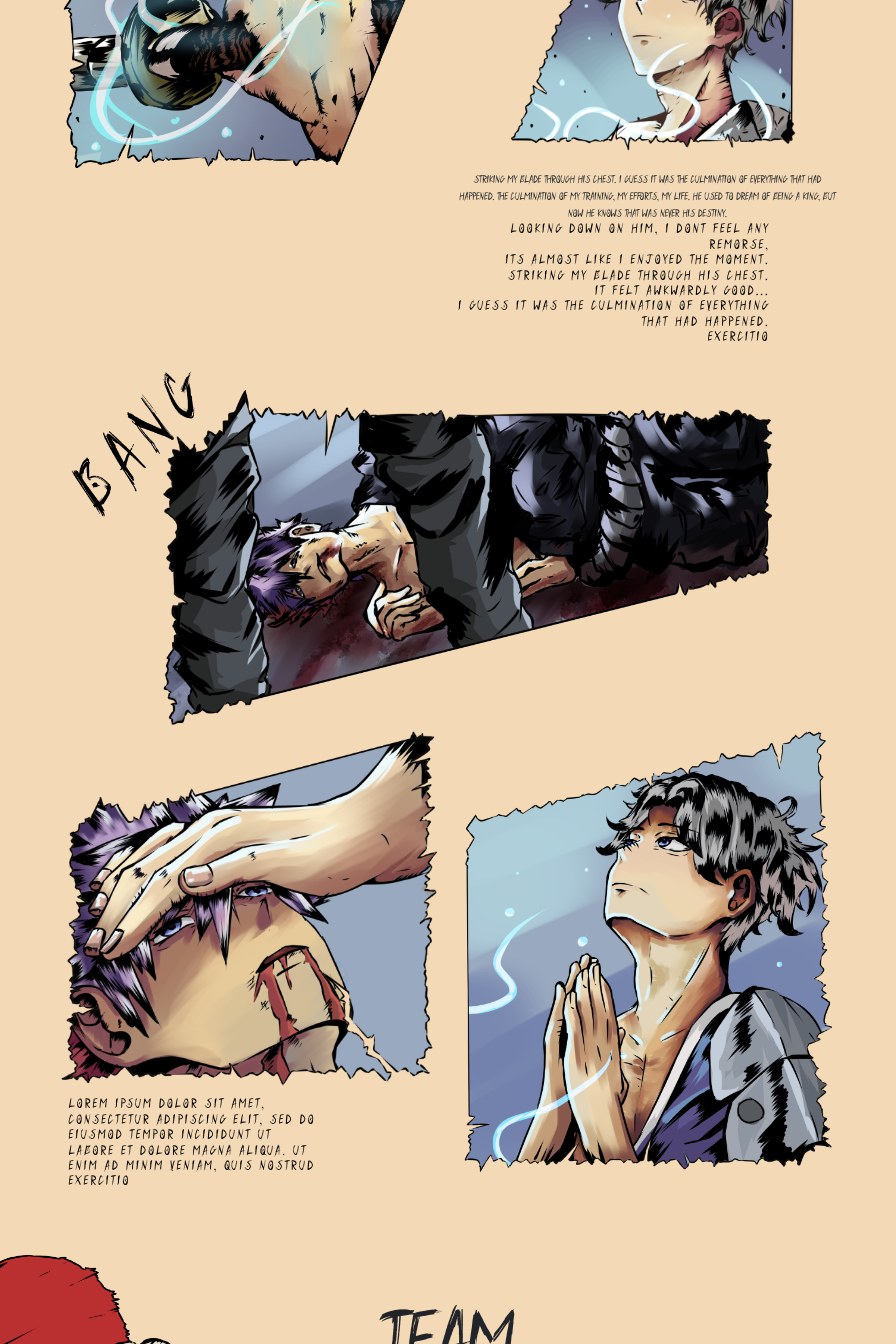
Repository: abzStudio/Kabuto-Web-notCompeleted
Page: index.html
These files come from the project's save history. The page is drawn as it stood at one moment and after the next save; the edit follows.
The browser window is 1280 px wide. The pictures show the part of the page from y = 1285 to 3205 px (the page is 4725 px tall before and 4701 px after), at 70% of full size.
Some web libraries are served in a nearby version.

Above is the page before, as saved 2023-03-16 03:02:16.

### index.html
<!doctype html>
<html lang="en">
  <head>
    <meta charset="utf-8">
    <meta name="viewport" content="width=device-width, initial-scale=1">
    <title>kabuto</title>
    <link rel="icon" type="image/x-icon" href="asset/images/favicon.ico">
    <link rel="stylesheet" href="asset/style.css">
    <link href="https://cdn.jsdelivr.net/npm/bootstrap@5.2.3/dist/css/bootstrap.min.css" rel="stylesheet" integrity="sha384-rbsA2VBKQhggwzxH7pPCaAqO46MgnOM80zW1RWuH61DGLwZJEdK2Kadq2F9CUG65" crossorigin="anonymous">
  <meta http-equiv="Content-Security-Policy" content="block-all-mixed-content">
  </head>

  <body><script src="https://code.jquery.com/jquery-1.10.1.min.js"></script>

    <script src="https://cdn.jsdelivr.net/npm/bootstrap@5.2.3/dist/js/bootstrap.bundle.min.js" integrity="sha384-kenU1KFdBIe4zVF0s0G1M5b4hcpxyD9F7jL+jjXkk+Q2h455rYXK/7HAuoJl+0I4" crossorigin="anonymous"></script>
<!-- New Nav Bar -->
<button class="toggle-overlay menu-btn"></button>
<aside>
    <div class="outer-close toggle-overlay">
      <a class="close"><span></span></a>
    </div>

    <nav>
        <div id="pot">  <img src="asset/images/heroimage.png" class="menu_img fade-lefts" alt="cloud"></div>
        <div class="social_icons">
            <ul class="icons_ul">
               <li><a href= ""><img href= "" src="asset/images/icons/discord.png" class="iconset" alt="icon"></a></li>
              <li><a href= "https://twitter.com/KabutoNFT"><img src="asset/images/icons/twitter.png" class="iconset" alt="icon"></a></li>
          <!--
                <li><img href= "" src="asset/images/icons/opensea.png" class="iconset" alt="icon"></li>
                <li><img href= "" src="asset/images/icons/blur.png" class="iconset" alt="icon"></li>
                <li><img href= "" src="asset/images/icons/discord.png" class="iconset" alt="icon"></li>
                <li><img href= "" src="asset/images/icons/looks.png" class="iconset" alt="icon"></li>
                <li><img href= "" src="asset/images/icons/first.png" class="iconset" alt="icon"></li>
                <li><img href= "" src="asset/images/icons/twitter.png" class="iconset" alt="icon"></li>
                <li><img href= "" src="asset/images/icons/web.png" class="iconset" alt="icon"></li>
                <li><img href= "" src="asset/images/icons/x2y2.png" class="iconset" alt="icon"></li>
                <li><img href= "" src="asset/images/icons/etherscan.png" class="iconset" alt="icon"></li>   -->
            </ul>
        </div>
        <ul class="pointshead">
            <li><a class="js-anchor-link down" href="#story_section">- Story</a></li>
            <li><a class="js-anchor-link down" href="#team_section">- Team</a></li>
            <li><a class="js-anchor-link down" href="#">- Mint</a></li>
            <li><a class="js-anchor-link down" href="#footer_section">- Useful Links</a></li>
      </ul>
    </nav>
  </aside>
<!-- end -->

    <section class="hero-section sec_ani">
    <div class="container-fluid reveal">
        <div class="row">
            <div class="col-md-12 hero_col">
                <!-- <button type="button" class="btn btn-infos btn_custom">Utility</button> -->
            </div>
        </div>
    </div>
</section>
<section id="story_section" class="section_story text-center sec_ani">
    <div class="container-fluid">
        <div class="row reveal fade-top">
            <div class="col-md-4 iamge_ad">
                <img src="asset/images/cloud.png" class="cloud_c" alt="cloud">
            </div>
            <div class="col-md-4 story_col end_col">
                <h1 class="">Story</h1>
            </div>
            <div class="col-md-4 iamge_ad">
                <img src="asset/images/tree.png" class="tree_c" alt="trees">
            </div>
            </div>
            </div>
            <div class="container container_stry">
            <div class="row row_story_end reveal fade-bottom adj_row ">
            <div class="col-md-6 story_img">
                <img src="asset/images/story_1.png" alt="Story one">
            </div>
            <div class="col-md-6 story_img">
                <img src="asset/images/story_2.png" class="story_two" alt="Story two">
              <div class="div_text">
                Striking my blade through his chest.  I guess it was the culmination of everything that had happened. The culmination of my training, my efforts, my life.  He used to dream of being a king, but now he knows that was never his destiny.
                <p class="text_p"> Looking down on him, I dont feel any remorse, <br/>  its almost like I enjoyed the moment. <br/>
                  Striking my blade through his chest. <br/> It felt awkwardly good...<br/>
                I guess it was the culmination of everything that had happened. <br/>exercitio</p>
</div>
            </div>
        </div>
        <div class="row reveal fade-left" >
            <div class="col-md-12 story_img">
                <img src="asset/images/story_3.png" class="story_three" alt="Story three">
            </div>
            </div>
            <div class="row row_story_end reveal fade-right last_set">
                <div class="col-md-6 story_img">
                    <img src="asset/images/story_4.png" class="image_star" alt="Story four">
                    <div class="div_texts">
                        <p class="text_p">Lorem ipsum dolor sit amet, <br/> consectetur adipiscing elit, sed do <br/> eiusmod tempor incididunt ut <br/> labore et dolore magna aliqua. Ut<br/>
                             enim ad minim veniam, quis nostrud <br/>exercitio</p>
        </div>
                </div>
                <div class="col-md-6 story_img">
                    <img src="asset/images/story_5.png" alt="Story five">

                </div>
            </div>
    </div>
</section>
<section id="team_section" class="section_story text-center sec_ani">
    <div class="container-fluid reveal fade-bottom">
        <div class="row reveal fade-top">
            <div class="col-md-4 iamge_ad">
                <img src="asset/images/suncloud.png" class="cloud_c" alt="cloud">
            </div>
            <div class="col-md-4 story_col teamhead end_col">
                <h1 class="">Team</h1>
            </div>
            <div class="col-md-4 iamge_ad">
            </div>
            </div>
            <div class="row reveal fade-left">
              <div class="contan_images">
                <div class="box">
                  <div class="imgBx">
                    <img src="asset/images/Bileth.png">
                  </div>
                  <div class="content">
                    <div class="contentset">
                      <a href="https://twitter.com/bilethh" target="_blank" rel="noopener noreferrer">          <h2>Bileth</h2> </a>
                      <p>Founder</p>
                    </div>
                  </div>
                </div>
                <div class="box">
                  <div class="imgBx">
                    <img src="asset/images/Budguy.png">
                  </div>
                  <div class="content">
                    <div class="contentset">
                      <a href="https://twitter.com/TRomail" target="_blank" rel="noopener noreferrer">        <h2>Budguy</h2> </a>
                      <p>Co-Founder</p>
                    </div>
                  </div>
                </div>
                <div class="box">
               <div class="imgBx">
                 <img src="asset/images/smshayan.png">
                  </div>
                  <div class="content">
                    <div class="contentset">
                      <a href="https://twitter.com/smshayan_eth" target="_blank" rel="noopener noreferrer">   <h2>Smshayan</h2>  </a>
                      <p>Developer</p>
                    </p>
                    </div>
                  </div>
                </div>

              </div>
                </div>

            </div>



        </section>

      <section id="footer_section" class="section_story text-center sec_ani">
          <div class="container-fluid footer_head">
            <div class="row reveal">
              <div class="col-md-12 iamge_ad">
                  <img src="asset/images/cloudredbg.png" class="cloud_c" alt="cloud">
              </div>
            </div>
        </div>
        <div class="container-fluid footer_head section_footer">
              <div class="row">
                <div class="col-sm-12 col-md-12 col-lg-12">
                  <ul>
                    <li><a class="js-anchor-link" href="#story_section">- Story</a></li>
                    <li><a class="js-anchor-link" href="#team_section">- Team</a></li>
                    <li><a class="js-anchor-link" href="#">- Mint</a></li>
                    <li><a class="js-anchor-link" href="#">- Useful Links</a></li>
              </ul>
                </div>
              </div>
              <div class="row rowicon">
                <div class="col-sm-12 col-md-12 col-lg-12 fend">
                  <div class="social_icons iconmob">
                    <ul class="icons_ul">
                      <li><a href=""><img href= "" src="asset/images/icons/discord.png" class="iconset" alt="icon">
                     </a></li>
                      <li><a href="https://twitter.com/KabutoNFT"><img src="asset/images/icons/twitter.png" class="iconset" alt="icon">
                      </a></li>

                      <!--  <li><img href= "" src="asset/images/icons/opensea.png" class="iconset" alt="icon"></li>
                        <li><img href= "" src="asset/images/icons/blur.png" class="iconset" alt="icon"></li>
                        <li><img href= "" src="asset/images/icons/discord.png" class="iconset" alt="icon"></li>
                        <li><img href= "" src="asset/images/icons/looks.png" class="iconset" alt="icon"></li>
                        <li><img href= "" src="asset/images/icons/first.png" class="iconset" alt="icon"></li>
                        <li><img href= "" src="asset/images/icons/web.png" class="iconset" alt="icon"></li>
                        <li><img href= "" src="asset/images/icons/x2y2.png" class="iconset" alt="icon"></li>
                        <li><img href= "" src="asset/images/icons/etherscan.png" class="iconset" alt="icon"></li> -->
                    </ul>
                </div>

                </div>
              </div>

        </div>
      </section>
</body>

<div class="loader"> <h1>Loading...</h1></div>


<script>
 jQuery($ => {
  $(window).on('load', () => {
    setTimeout(() => {
      $('.loader').fadeOut('fast', function() {
        $(this).remove();
      });
    }, 3000);
  });
});
    function reveal() {
  var reveals = document.querySelectorAll(".reveal");

  for (var i = 0; i < reveals.length; i++) {
    var windowHeight = window.innerHeight;
    var elementTop = reveals[i].getBoundingClientRect().top;
    var elementVisible = 150;

    if (elementTop < windowHeight - elementVisible) {
      reveals[i].classList.add("active");
    } else {
      reveals[i].classList.remove("active");
    }
  }
}

window.addEventListener("scroll", reveal);
$('aside ul li a').on('click', function(){
    $("aside").hide();
    $("aside").removeClass("open");
     $("aside").addClass("open");

});
// $('.js-anchor-link').click(function(e){
//   e.preventDefault();

//   var target = $($(this).attr('href'));
//   if(target.length){
//     var scrollTo = target.offset().top;
//     $('body, html').animate({scrollTop: scrollTo+'px'}, 1000);
//   }
// });
$('.js-anchor-link').click(function(){
  var target = $($(this).attr('href'));
 if(target.length){
  var scrollTo = target.offset().top;
    $("html, body").animate({ scrollTop: scrollTo+'px' }, 3000);
    return false;
  }

});
window.addEventListener("scroll", reveal);
$(function() {
    $('.toggle-overlay').click(function() {
      $('aside').toggleClass('open');
    });
    $('aside nav li a').click(function() {
      $('aside').toggleClass('open');
    });
  });

</script>
</html>

Loaded but not shown: asset/style.css (803 lines, source omitted)

After the next save:
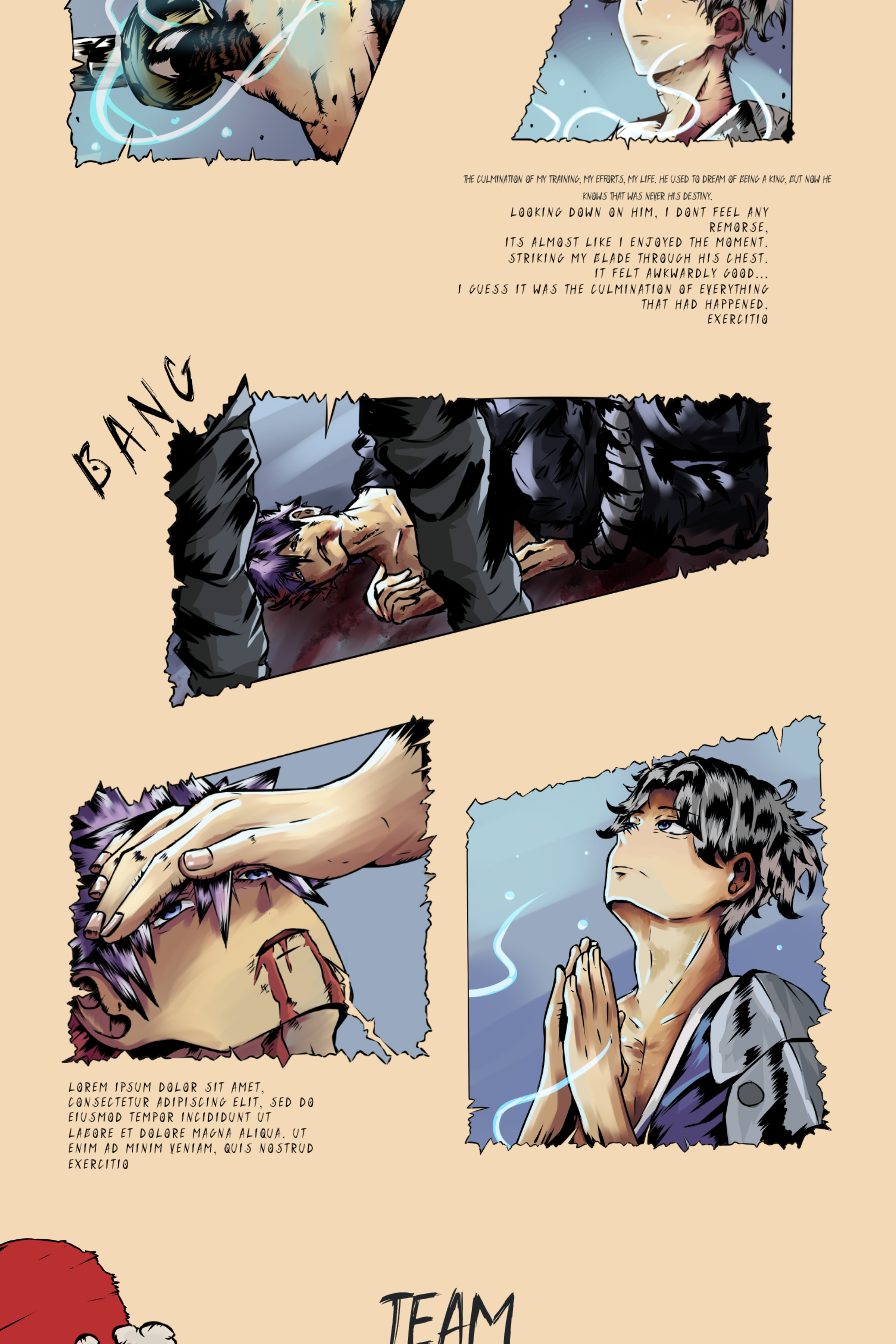
Saved 5 s later.
--- a/index.html
+++ b/index.html
@@ -79,7 +79,7 @@
             <div class="col-md-6 story_img">
                 <img src="asset/images/story_2.png" class="story_two" alt="Story two">
               <div class="div_text">
-                Striking my blade through his chest.  I guess it was the culmination of everything that had happened. The culmination of my training, my efforts, my life.  He used to dream of being a king, but now he knows that was never his destiny.
+                The culmination of my training, my efforts, my life.  He used to dream of being a king, but now he knows that was never his destiny.
                 <p class="text_p"> Looking down on him, I dont feel any remorse, <br/>  its almost like I enjoyed the moment. <br/>
                   Striking my blade through his chest. <br/> It felt awkwardly good...<br/>
                 I guess it was the culmination of everything that had happened. <br/>exercitio</p>
